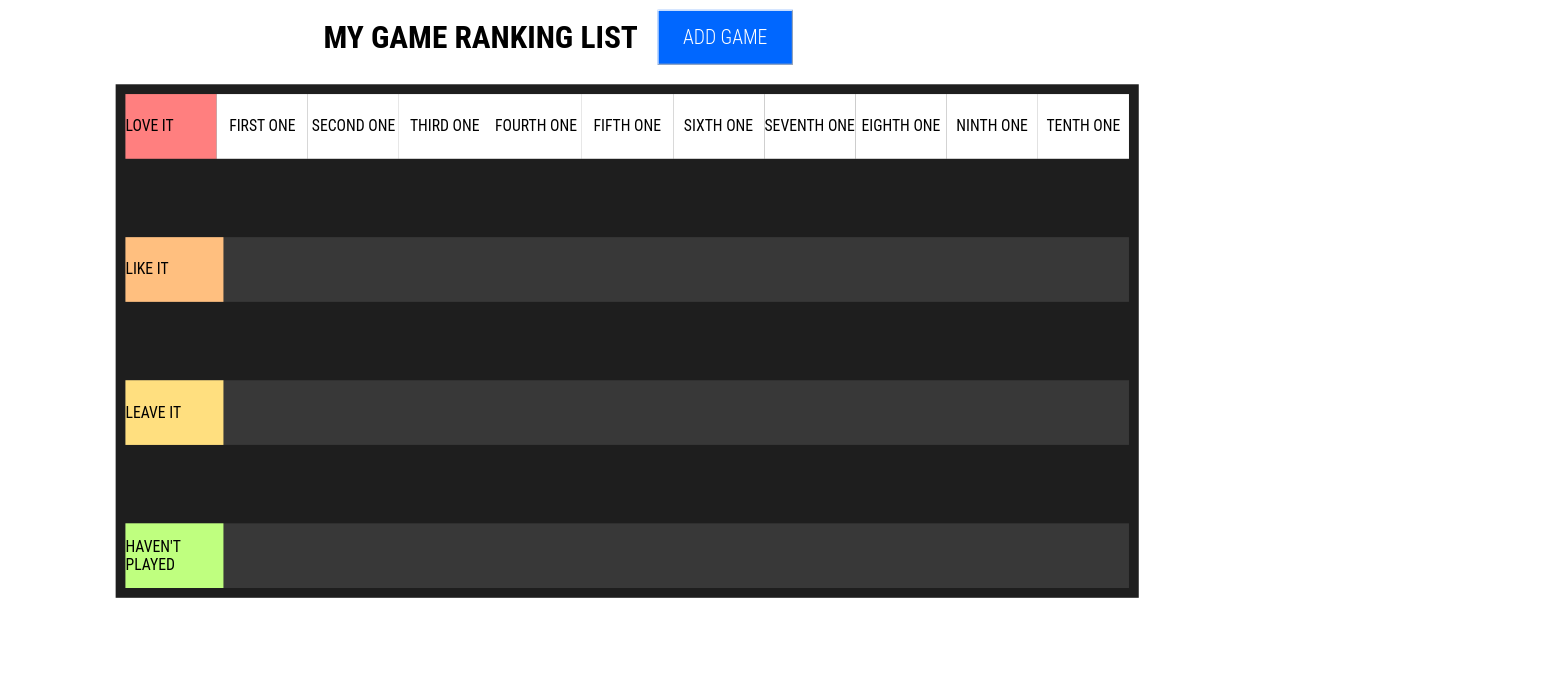
Repository: akiachenise/akiachenise.github.io
Page: JackboxGames_TierList_vanilla/index.html
An editor plug-in stored every save of this project. The page is shown before and after the next save, followed by the edit.
The browser window is 1280 px wide. The page is 1600 px wide, so the pictures cover 1600 px, including what lies to the right of the window. The pictures show the whole page, at 98% of full size.

Above is the page before, as saved 2022-11-26 18:19:36.

### JackboxGames_TierList_vanilla/index.html
<!DOCTYPE html>
<!--[if lt IE 7]>      <html class="no-js lt-ie9 lt-ie8 lt-ie7"> <![endif]-->
<!--[if IE 7]>         <html class="no-js lt-ie9 lt-ie8"> <![endif]-->
<!--[if IE 8]>         <html class="no-js lt-ie9"> <![endif]-->
<!--[if gt IE 8]>      <html class="no-js"> <!--<![endif]-->
<html lang="en-US">
  <head>
    <meta charset="utf-8" />
    <meta http-equiv="X-UA-Compatible" content="IE=edge" />
    <title>My Game Ranking List</title>
    <meta name="description" content="My Game Ranking" />
    <meta name="viewport" content="width=device-width, initial-scale=1" />
    <link rel="stylesheet" type="text/css" href="css/stylesheet.css" />
    <link rel="stylesheet" href="https://fonts.googleapis.com/css2?family=Roboto&display=swap">
  </head>
  <body>
    <!--[if lt IE 7]>
      <p class="browsehappy">
        You are using an <strong>outdated</strong> browser. Please
        <a href="#">upgrade your browser</a> to improve your experience.
      </p>
    <![endif]-->
    <span class="headerContainer">
        <h1>My Game Ranking List</h1>
        <button id="addCard" class="add">Add Game</button>
    </span>
    <div id="board">
        <div class = "row">
            <div class = "label">Love It</div>
            <div class="card" id="first" draggable="true">first one</div>
            <div class="card" id="second" draggable="true">second one</div>
            <div class="card" id="third" draggable="true">third one</div>
            <div class="card" id="fourth" draggable="true">fourth one</div>
            <div class="card" id="fifth" draggable="true">fifth one</div>
            <div class="card" id="sixth" draggable="true">sixth one</div>
            <div class="card" id="seventh" draggable="true">seventh one</div>
            <div class="card" id="eighth" draggable="true">eighth one</div>
            <div class="card" id="ninth" draggable="true">ninth one</div>
            <div class="card" id="ninth" draggable="true">tenth one</div>

        </div>
        <div class = "row">
            <div class = "label">Like It</div>
        </div>
        <div class = "row">
            <div class = "label">Leave It</div>
        </div>
        <div class = "row">
            <div class = "label">Haven't Played</div>
        </div>

    </div>


    <script src="js/cards.js" async defer></script>
    <script src="js/rows.js" async defer></script>
  </body>
</html>

### JackboxGames_TierList_vanilla/css/stylesheet.css
body {
    font-family: 'Roboto Condensed', Sans-serif;
    text-transform: uppercase;
    margin: 0;
    display: flex;
    flex-direction: column;
    align-items: center;
    justify-content: center;
}

.headerContainer {
    display: flex;
    width: 100vw;
    align-items: center;
    padding-left: 40rem;

}

h1 {
    text-transform: uppercase;
    margin: 10px;
}


button {
    font-family: 'Roboto Condensed', Sans-serif;
    font-weight: 100;
    font-size: 20px;
    text-transform: uppercase;
    border-width: 1px 1px 1px 1px;
    border-radius: 0px 0px 0px 0px;
    border-color: white;
    color: white;
    background: rgba(0,103,255,1);
    padding: 15px 25px 15px 25px;
    margin: 10px;



}

#board {
    display: flex;
    flex-direction: column;
    align-items: center;
    justify-content: space-between;
    margin-top: 10px;
    padding: 10px;
    width: 80vw;
    height: 70vh;
    background-color: rgb(30, 30, 30);
}

.row {
    display: flex;
    width: 100%;
    height: 13%;
    background-color: rgb(56, 56, 56);
}

.label {
    display: flex;
    justify-content: left;
    align-items: center;
    height: 100%;
    width: 100px;

}

.card {
    height: 100%;
    width: 100px;
    display: flex;
    justify-content: center;
    align-items: center;
    background-color: white;
}

### JackboxGames_TierList_vanilla/js/cards.js
const cards = document.querySelectorAll('.card');

const onDragStart = (event) => {
    console.log('dragging the element');
    event.dataTransfer.setData('id', event.target.id);
    setTimeout(() => {
        event.target.style.visibility = 'hidden';
    }, 50)
}

const onDragEnd = (event) => {
    event.target.style.visibility = 'visible';
    console.log('ended the drag');
}

cards.forEach((card) => {
    card.ondragstart = onDragStart;
    card.ondragend = onDragEnd;


})

### JackboxGames_TierList_vanilla/js/rows.js
const rows = document.querySelectorAll('.row');
const colorRanks = ['rgb(255, 127, 127)', 'rgb(255, 191, 127)', 'rgb(255, 223, 127)' , 'rgb(191, 255, 127)'];

const onDragOver = (event) => {
    event.preventDefault();
}

const onDrop = (event) => {
   event.preventDefault();
   const draggedCardId = event.dataTransfer.getData('id');
   const draggedCard = document.getElementById(draggedCardId);
   event.target.appendChild(draggedCard);
   console.log('dropped the element');
}

rows.forEach((row, index) => {
    const label = row.querySelector('.label');
    label.style.backgroundColor = colorRanks[index];
    row.ondragover = onDragOver;
    row.ondrop = onDrop;
})

After the next save:
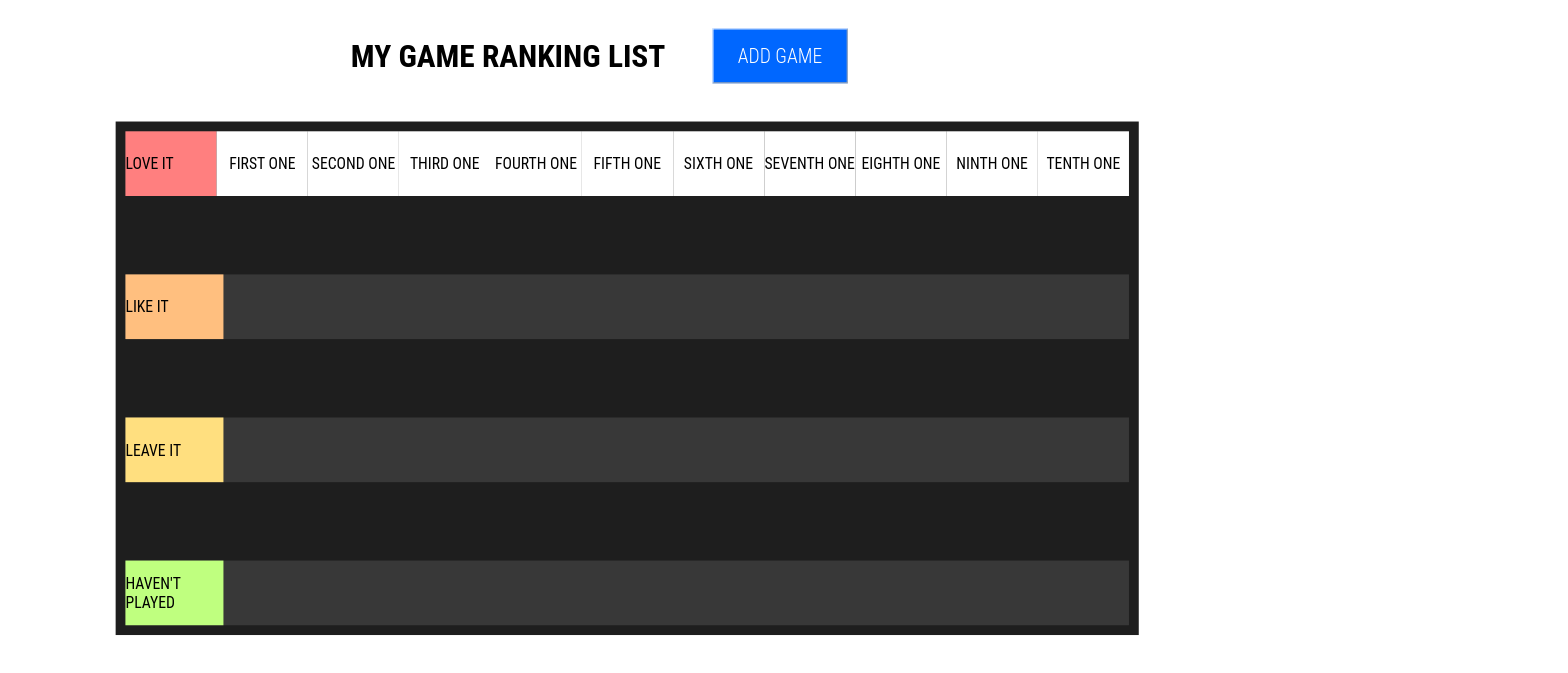
Saved 69 s later.
--- a/JackboxGames_TierList_vanilla/css/stylesheet.css
+++ b/JackboxGames_TierList_vanilla/css/stylesheet.css
@@ -18,7 +18,7 @@ body {
 
 h1 {
     text-transform: uppercase;
-    margin: 10px;
+    margin: 2.375rem;
 }
 
 
